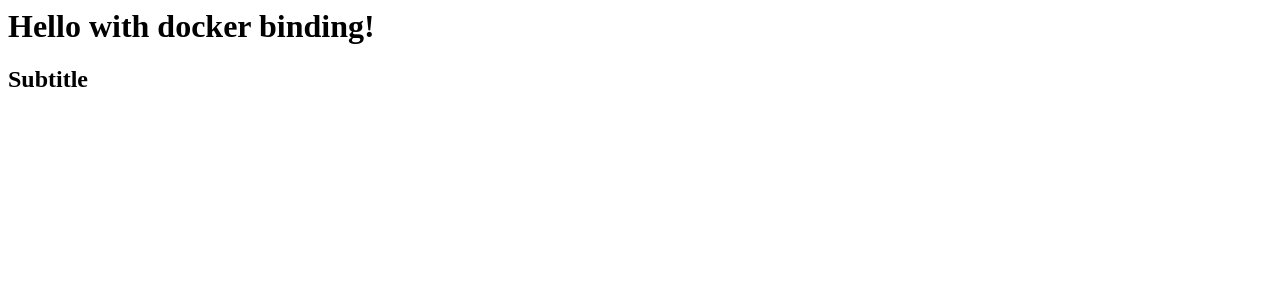
Repository: james-freitas/fc-docker
Page: html/index.html
An editor plug-in stored every save of this project. The page is shown before and after a run of saves, followed by the edit.
The browser window is 1280 px wide. The pictures show the whole page.

Above is the page before, as saved 2024-04-26 22:00:32.

### html/index.html

<h1>Hello with docker binding!</h1>
<h2>Subtitle</p>

After the next 2 saves:
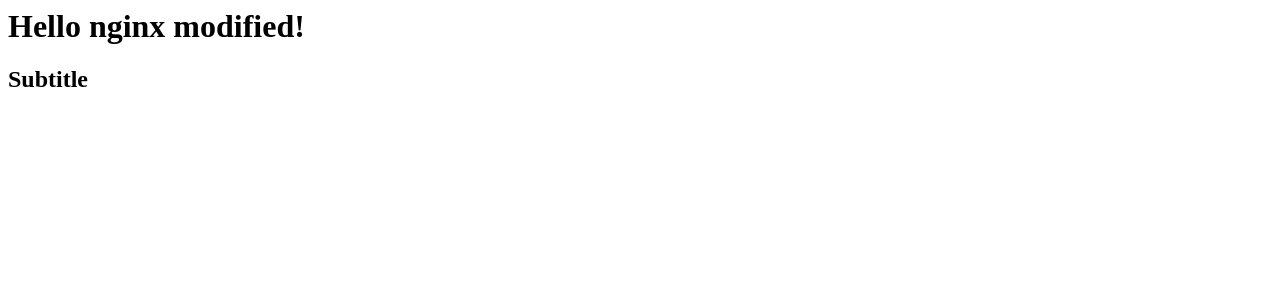
The 2 saves are shown as one change because they came seconds apart.
The last was saved 29 days later.
--- a/html/index.html
+++ b/html/index.html
@@ -1,3 +1,3 @@
 
-<h1>Hello with docker binding!</h1>
+<h1>Hello nginx modified!</h1>
 <h2>Subtitle</p>
